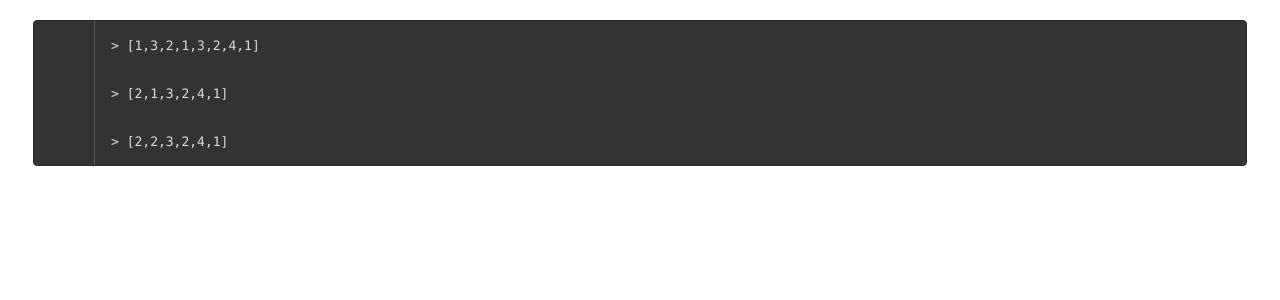
Repository: betaWeb/twicejs
Page: index.html
An editor plug-in stored every save of this project. The page is shown before and after the next save, followed by the edit.
The browser window is 1280 px wide. The pictures show the whole page.

Above is the page before, as saved 2019-12-12 14:22:50.

### index.html
<!DOCTYPE html>
<html lang="en">

<head>
    <meta charset="UTF-8">
    <meta name="viewport" content="width=device-width, initial-scale=1.0">
    <meta http-equiv="X-UA-Compatible" content="ie=edge">
    <title>TwiceJS</title>
    <style>
        pre {
            background: #333;
            white-space: pre;
            word-wrap: break-word;
            overflow: auto;
        }

        pre.code {
            margin: 20px 25px;
            border-radius: 4px;
            border: 1px solid #292929;
            position: relative;
        }

        pre.code label {
            font-family: sans-serif;
            font-weight: bold;
            font-size: 13px;
            color: #ddd;
            position: absolute;
            left: 1px;
            top: 15px;
            text-align: center;
            width: 60px;
            -webkit-user-select: none;
            -moz-user-select: none;
            -ms-user-select: none;
            pointer-events: none;
        }

        pre.code code {
            font-family: "Inconsolata", "Monaco", "Consolas", "Andale Mono", "Bitstream Vera Sans Mono", "Courier New", Courier, monospace;
            display: block;
            margin: 0 0 0 60px;
            padding: 15px 16px 14px;
            border-left: 1px solid #555;
            overflow-x: auto;
            font-size: 13px;
            line-height: 19px;
            color: #ddd;
        }
    </style>
</head>
<div id="app">
    <pre class="code"></pre>
</div>

<body>
    <script type="text/javascript" src="/TwiceJS.js" defer></script>
    <script type="text/javascript" defer>
        document.addEventListener('DOMContentLoaded', () => {
            const $pre = document.querySelector('#app .code')
            const print = str => {
                const $code = document.createElement('code')
                $code.innerHTML = '> [' + str + ']'
                $pre.appendChild($code)
            }
            let set = new window.TwiceJS
            set.append([1, 1, 1, 2, 3, 3, 4])
            print(set.withCount)
            set.remove(1)
            print(set.withCount)
            set.append(2)
            print(set.withCount)
        })
    </script>
</body>

</html>

### TwiceJS.js
/**
 * @property {Object} options
 * @property {Map} dataset
 */
class TwiceJS {

    /**
     * @returns {Array}
     */
    get entries() {
        return Array.from(this.keys.map(this._decodeKey.bind(this)))
    }

    /**
     * @returns {Object[] | Array[]}
     */
    get withCount() {
        return this.keys.reduce((acc, key) => {
            const count = this._dataset.get(key)
            const item = this._decodeKey(key)

            if (item.constructor !== Object)
                return [...acc, [item, count]]

            return [
                ...acc,
                {
                    ...item,
                    ...{ [this.options.count_key]: count }
                }
            ]
        }, [])
    }

    /**
     * @returns {Array}
     */
    get keys() {
        return [...this._dataset.keys()]
    }

    /**
     * @returns {Boolean}
     */
    get isEmpty() {
        return this.keys.length === 0
    }

    /**
     * @returns {Map}
     */
    get rawMap() {
        return this._dataset
    }

    /**
     * @returns {Object}
     */
    static get DEFAULT_OPTIONS() {
        return {
            count_key: '_count'
        }
    }

    /**
     * @param {Object} options
     */
    constructor(options = {}) {
        this.options = { ...TwiceJS.DEFAULT_OPTIONS, ...options }
        this.clear()
    }

    /**
     * @returns {TwiceJS}
     */
    clear() {
        this._dataset = new Map()
        return this
    }

    /**
     * @param {Array|*} data
     * @returns {TwiceJS}
     */
    append(data) {
        return this._process(data, item => {
            const key = this._keyify(item)
            let count = this._dataset.get(key) || 0

            this._dataset.set(key, count += 1)
        })
    }

    /**
     * @param {Array|*} oldKey
     * @param {Array|*} newKey
     * @returns {TwiceJS}
     */
    replace(oldKey, newKey) {
        oldKey = this._keyify(oldKey)
        newKey = this._keyify(newKey)

        if (!this._dataset.has(oldKey))
            throw new Error(`[Err] TwiceJS.set :: key '${oldKey}' doesn't exists on dataset`)

        const oldCount = this._dataset.get(oldKey)

        this
            .remove(oldKey)
            .append(newKey)

        this._dataset.set(newKey, oldCount)

        return this
    }

    /**
     * @param {Array|*} data
     * @returns {TwiceJS}
     */
    remove(data) {
        return this._process(data, item => {
            const key = this._keyify(item)

            if (this._dataset.has(key))
                this._dataset.delete(key)
        })
    }

    /**
     * @param {*} item
     * @returns {Number}
     */
    count(item) {
        const key = this._keyify(item)
        return this._dataset.get(key) || 0
    }

    /**
     * @param {Array} data
     * @param {Function} process
     * @returns {TwiceJS}
     */
    _process(data, process) {
        if (!Array.isArray(data))
            data = [data]

        data = this._normalize(data)
        data.forEach(process.bind(this))
        return this
    }

    /**
     * @param {*} item
     * @returns {String}
     */
    _keyify(item) {
        if (!Array.isArray(item) && item.constructor !== Object)
            return item.toString()

        try {
            return JSON.stringify(item)
        } catch (e) {
            throw new Error(`[Err] TwiceJS._keyify :: error on keyify item ${item}\n${e}`)
        }
    }

    /**
     * @param {String} key
     * @returns {*}
     */
    _decodeKey(key) {
        try {
            return JSON.parse(key)
        } catch (err) {
            return key;
        }
    }

    /**
     * @param {Array|Object|*} data
     * @returns {Array|Object|*}
     */
    _normalize(data) {
        try {
            return JSON.parse(JSON.stringify(data))
        } catch (e) {
            return data
        }
    }

}

if (!('TwiceJS' in window))
    window.TwiceJS = TwiceJS

After the next save:
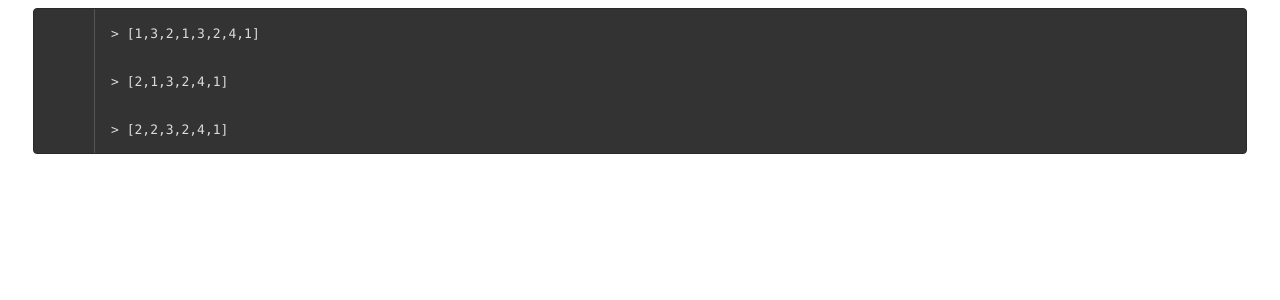
Saved 23 s later.
--- a/index.html
+++ b/index.html
@@ -15,26 +15,10 @@
         }
 
         pre.code {
-            margin: 20px 25px;
+            margin: 0 25px;
             border-radius: 4px;
             border: 1px solid #292929;
             position: relative;
-        }
-
-        pre.code label {
-            font-family: sans-serif;
-            font-weight: bold;
-            font-size: 13px;
-            color: #ddd;
-            position: absolute;
-            left: 1px;
-            top: 15px;
-            text-align: center;
-            width: 60px;
-            -webkit-user-select: none;
-            -moz-user-select: none;
-            -ms-user-select: none;
-            pointer-events: none;
         }
 
         pre.code code {
